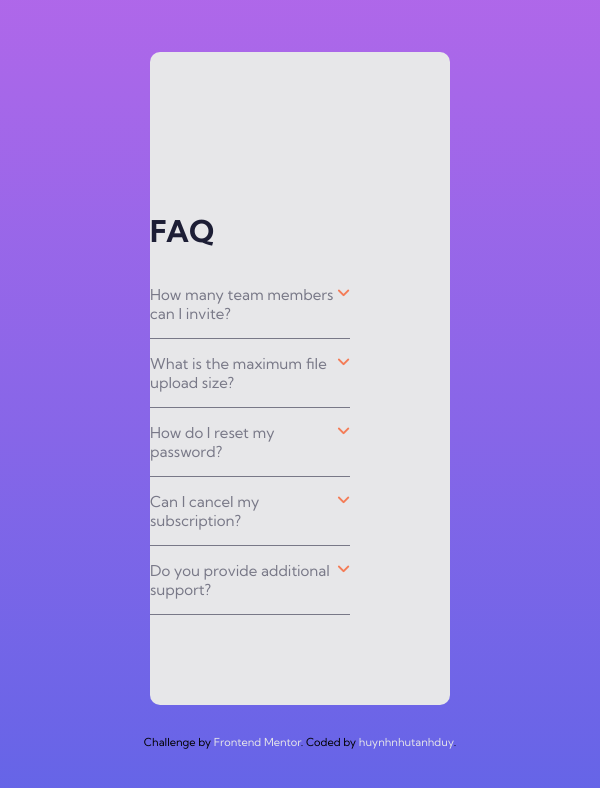
Repository: huynhnhutanhduy/faq-accordion-card
Page: index.html
An editor plug-in stored every save of this project. The page is shown before and after the next save, followed by the edit.
The browser window is 600 px wide. The pictures show the whole page.

Above is the page before, as saved 2022-10-22 09:28:38.

### index.html
<!DOCTYPE html>
<html lang="en">
  <head>
    <meta charset="UTF-8" />
    <meta name="viewport" content="width=device-width, initial-scale=1.0" />
    <!-- displays site properly based on user's device -->
    <link rel="icon" type="image/png" sizes="32x32" href="./images/favicon-32x32.png" />
    <title>Frontend Mentor | FAQ Accordion Card</title>
    <link rel="preconnect" href="https://fonts.googleapis.com" />
    <link rel="preconnect" href="https://fonts.gstatic.com" crossorigin />
    <link
      href="https://fonts.googleapis.com/css2?family=Kumbh+Sans:wght@400;700&display=swap"
      rel="stylesheet"
    />
    <link
      rel="stylesheet"
      href="https://cdnjs.cloudflare.com/ajax/libs/font-awesome/6.2.0/css/all.min.css"
      integrity="sha512-xh6O/CkQoPOWDdYTDqeRdPCVd1SpvCA9XXcUnZS2FmJNp1coAFzvtCN9BmamE+4aHK8yyUHUSCcJHgXloTyT2A=="
      crossorigin="anonymous"
      referrerpolicy="no-referrer"
    />
    <link rel="stylesheet" href="./app.css" />
  </head>
  <body>
    <main>
      <article class="card">
        <div class="card-left">
          <!-- <img src="./images/illustration-box-desktop.svg" alt="" class="card-image" /> -->
          <!-- <img src="./images/bg-pattern-mobile.svg" alt="" class="card-image" /> -->
        </div>
        <div class="card-right">
          <h1 class="card-title">faq</h1>
          <div class="card-list">
            <div class="card-item">
              <div class="card-item__header">
                <span class="card-item__header-title"
                  >How many team members can I invite?
                </span>
                <i class="fa-solid fa-angle-down card-item__header-icon"></i>
              </div>
              <div class="card-item__content">
                <div class="card-item__content-inner">
                  You can invite up to 2 additional users on the Free plan. There is no limit
                  on team members for the Premium plan.
                </div>
              </div>
            </div>
            <div class="card-item">
              <div class="card-item__header">
                <span class="card-item__header-title"
                  >What is the maximum file upload size?
                </span>
                <i class="fa-solid fa-angle-down card-item__header-icon"></i>
              </div>
              <div class="card-item__content">
                <div class="card-item__content-inner">
                  No more than 2GB. All files in your account must fit your allotted storage
                  space.
                </div>
              </div>
            </div>
            <div class="card-item">
              <div class="card-item__header">
                <span class="card-item__header-title">How do I reset my password? </span>
                <i class="fa-solid fa-angle-down card-item__header-icon"></i>
              </div>
              <div class="card-item__content">
                <div class="card-item__content-inner">
                  Click “Forgot password” from the login page or “Change password” from your
                  profile page. A reset link will be emailed to you.
                </div>
              </div>
            </div>
            <div class="card-item">
              <div class="card-item__header">
                <span class="card-item__header-title">Can I cancel my subscription? </span>
                <i class="fa-solid fa-angle-down card-item__header-icon"></i>
              </div>
              <div class="card-item__content">
                <div class="card-item__content-inner">
                  Yes! Send us a message and we’ll process your request no questions asked.
                </div>
              </div>
            </div>
            <div class="card-item">
              <div class="card-item__header">
                <span class="card-item__header-title"
                  >Do you provide additional support?
                </span>
                <i class="fa-solid fa-angle-down card-item__header-icon"></i>
              </div>
              <div class="card-item__content">
                <div class="card-item__content-inner">
                  Chat and email support is available 24/7. Phone lines are open during normal
                  business hours.
                </div>
              </div>
            </div>
          </div>
        </div>
      </article>
    </main>
    <footer class="attribution">
      Challenge by
      <a href="https://www.frontendmentor.io?ref=challenge" target="_blank">Frontend Mentor</a
      >. Coded by <a href="https://github.com/huynhnhutanhduy">huynhnhutanhduy</a>.
    </footer>

    <script src="./app.js"></script>
  </body>
</html>

### app.css
:root {
  --very-dark-desaturated-blue: hsl(238, 29%, 16%);
  --soft-red: hsl(14, 88%, 65%);
  --soft-violet: hsl(273, 75%, 66%);
  --soft-blue: hsl(240, 73%, 65%);
  --very-dark-grayish-blue: hsl(237, 12%, 33%);
  --dark-grayish-blue: hsl(240, 6%, 50%);
  --light-grayish-blue: hsl(240, 5%, 91%);
}
* {
  margin: 0;
  padding: 0;
  border: 0;
}
*,
*::before,
*::after,
html {
  box-sizing: border-box;
}
html {
  font-size: 62.5%;
}
body {
  font-size: 1.2rem;
  font-weight: normal;
  font-family: "Kumbh Sans", sans-serif;
  background-image: linear-gradient(var(--soft-violet), var(--soft-blue));
  display: flex;
  justify-content: center;
  align-items: center;
  flex-direction: column;
  min-height: 100vh;
}
a {
  text-decoration: none;
}
img {
  display: block;
  max-width: 100%;
}

.attribution {
  font-size: 11px;
  text-align: center;
}
.attribution a {
  color: var(--light-grayish-blue);
}

.card {
  border-radius: 1rem;
  margin-bottom: 3rem;
  /* width: 90rem; */
  width: 100%;
  display: grid;
  grid-template-columns: 400px 1fr;
  grid-gap: 8rem;
  background-color: var(--light-grayish-blue);
}
.card-left {
  position: relative;
}
.card-left::before {
  content: "";
  display: block;
  position: absolute;
  height: 100%;
  width: 100%;
  background: url("./images/bg-pattern-desktop.svg") no-repeat;
  background-position: -565px -310px;
}
.card-image {
  position: absolute;
  width: 153px;
  height: 170px;
  top: 205px;
  left: -75px;
  z-index: 999;
}
.card-left::after {
  content: "";
  display: block;
  width: 100%;
  height: 100%;
  position: absolute;
  background: url("./images/illustration-woman-online-desktop.svg") no-repeat;
  background-position: -80px 60px;
}
.card-right {
  padding: 8rem 10rem 9rem 0;
}
.card-title {
  text-transform: uppercase;
  margin-bottom: 2rem;
  font-size: 3rem;
  color: var(--very-dark-desaturated-blue);
}
.card-item {
  padding-top: 1.5rem;
  border-bottom: 1px solid var(--dark-grayish-blue);
}
.card-item__header {
  display: flex;
  justify-content: space-between;
  font-size: 1.5rem;
  padding-bottom: 1.5rem;
  cursor: pointer;
  transition: all 0.25s linear;
}
.card-item__header > * {
  pointer-events: none;
}
.card-item__header,
.card-item__content {
  color: var(--dark-grayish-blue);
}
.card-item__header-icon {
  color: var(--soft-red);
}
.card-item__content {
  height: 0;
  overflow: hidden;
  transition: all 0.25s linear;
}
.card-item__content.is-active {
  height: auto;
}
.card-item__content-inner {
  margin-bottom: 1.5rem;
}
@media screen and (min-width: 1024px) {
  .card {
    width: 90rem;
  }
}
@media screen and (min-width: 768px) {
}
@media screen and (max-width: 767px) {
  .card {
    width: 30rem;
    height: auto;
    display: flex;
    justify-content: center;
    align-items: center;
    flex-direction: column;
  }
  .card-left::before {
    content: "";
    background: url("./images/bg-pattern-mobile.svg") no-repeat;
  }
  .card-right {
    /* display: none; */
  }
}

### app.js
const header = document.querySelectorAll(".card-item__header");
[...header].forEach((item) => item.addEventListener("click", handleClick));
function handleClick(e) {
  const content = e.target.nextElementSibling;
  content.style.height = `${content.scrollHeight}px`;
  e.target.style.color = "hsl(238, 29%, 16%)";
  e.target.style.fontWeight = "bold";
  content.classList.toggle("is-active");
  if (!content.classList.contains("is-active")) {
    content.style.height = "0px";
    e.target.style.color = "hsl(240, 6%, 50%)";
    e.target.style.fontWeight = "normal";
  }

  e.target.lastElementChild.classList.toggle("fa-angle-down");
  e.target.lastElementChild.classList.toggle("fa-angle-up");
}

After the next save:
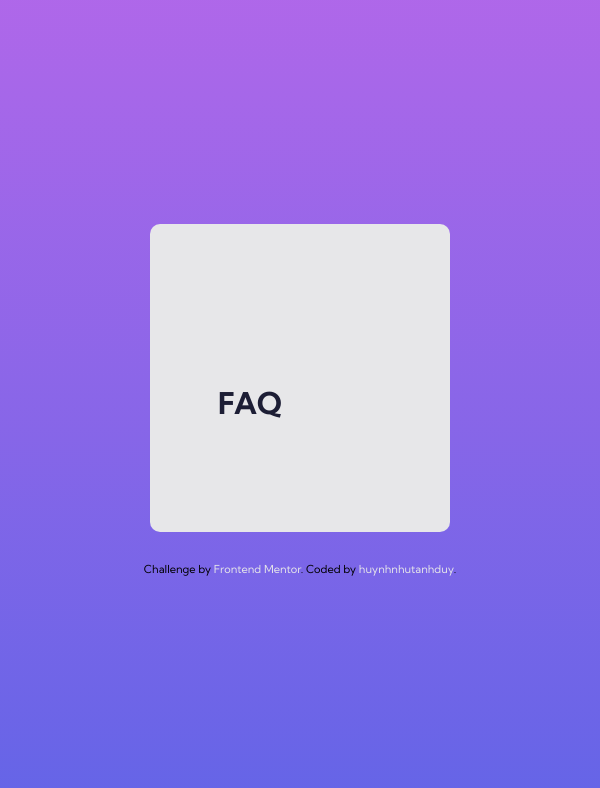
Saved 21 s later.
--- a/app.css
+++ b/app.css
@@ -152,4 +152,7 @@ img {
   .card-right {
     /* display: none; */
   }
+  .card-list {
+    display: none;
+  }
 }
